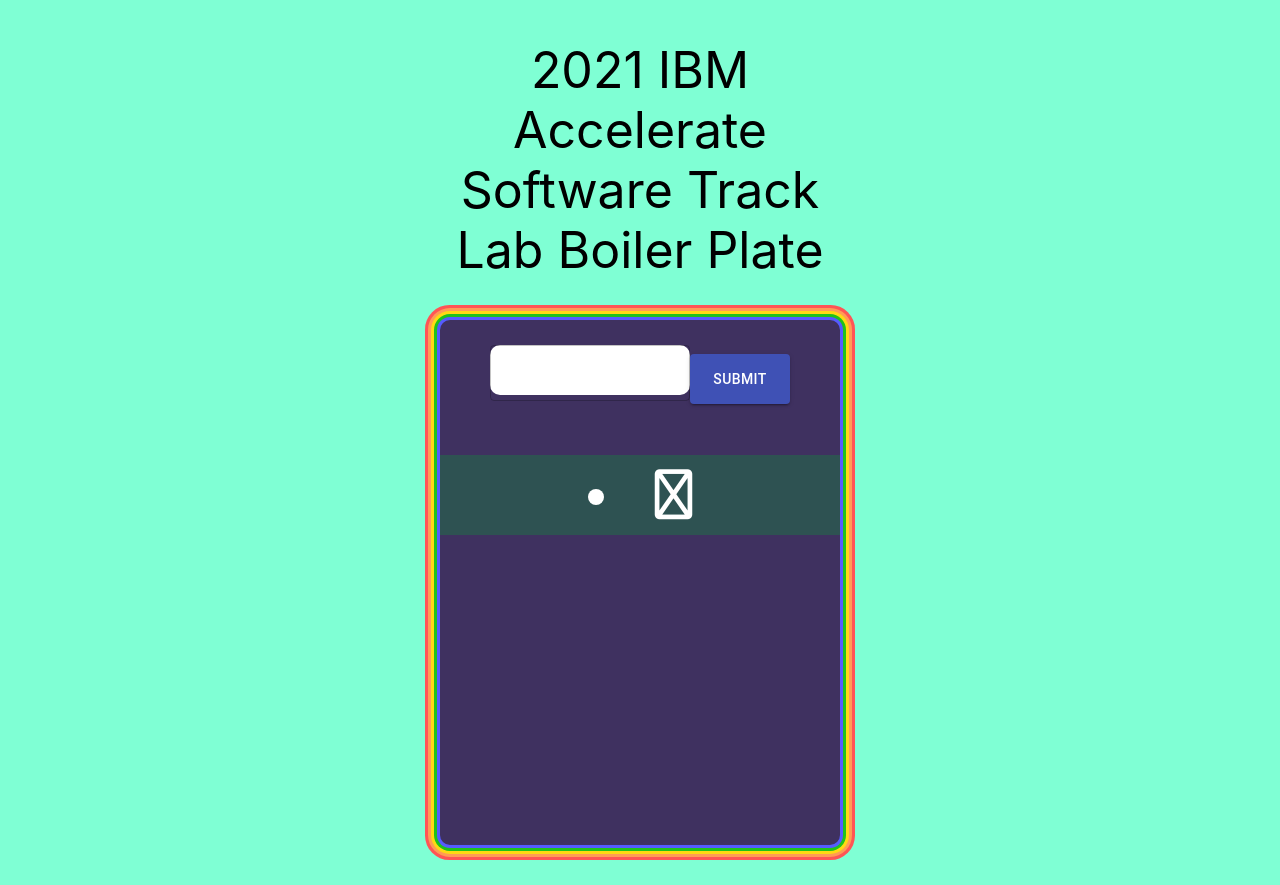
Repository: 2021-IBM-Accelerate-SW-Track/lab-1-team-34
Page: /
These files come from the project's save history. The page is drawn as it stood at one moment and after the next save; the edit follows.
The browser window is 1280 px wide. The pictures show the whole page.
Some web libraries are served in a nearby version. The project was rebuilt for these pictures with package versions that can differ from the ones it lists, and the page was loaded fresh each time.

Above is the page before, as saved 2021-06-13 21:19:21.

After the next save:
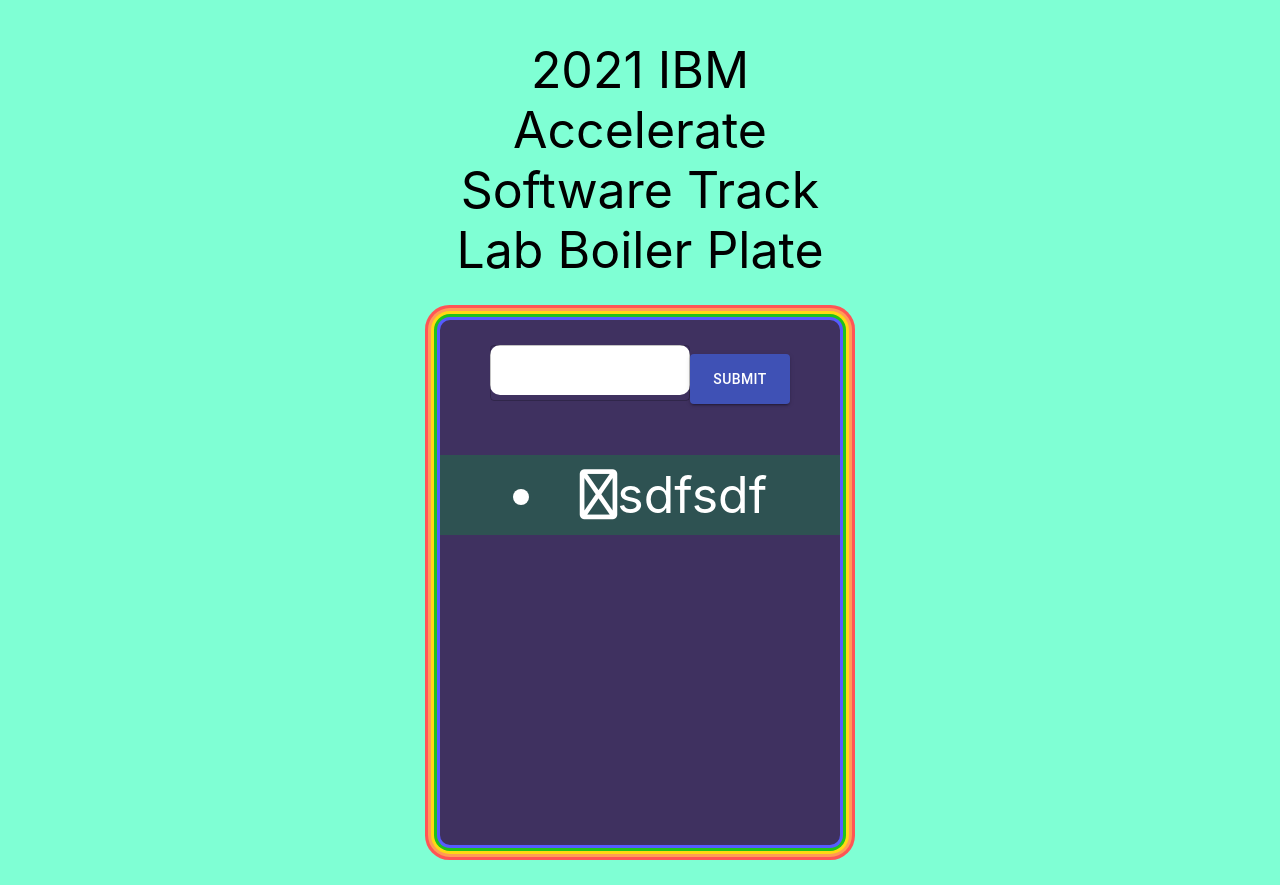
Saved 27 s later.
--- a/src/component/Input/input.js
+++ b/src/component/Input/input.js
@@ -61,6 +61,7 @@
                 <div className="line">
                   <li className="list" key={index}>
                     {item}
+                    {"sdfsdf"}
                   </li>
                 </div>
               );

After the save that followed:
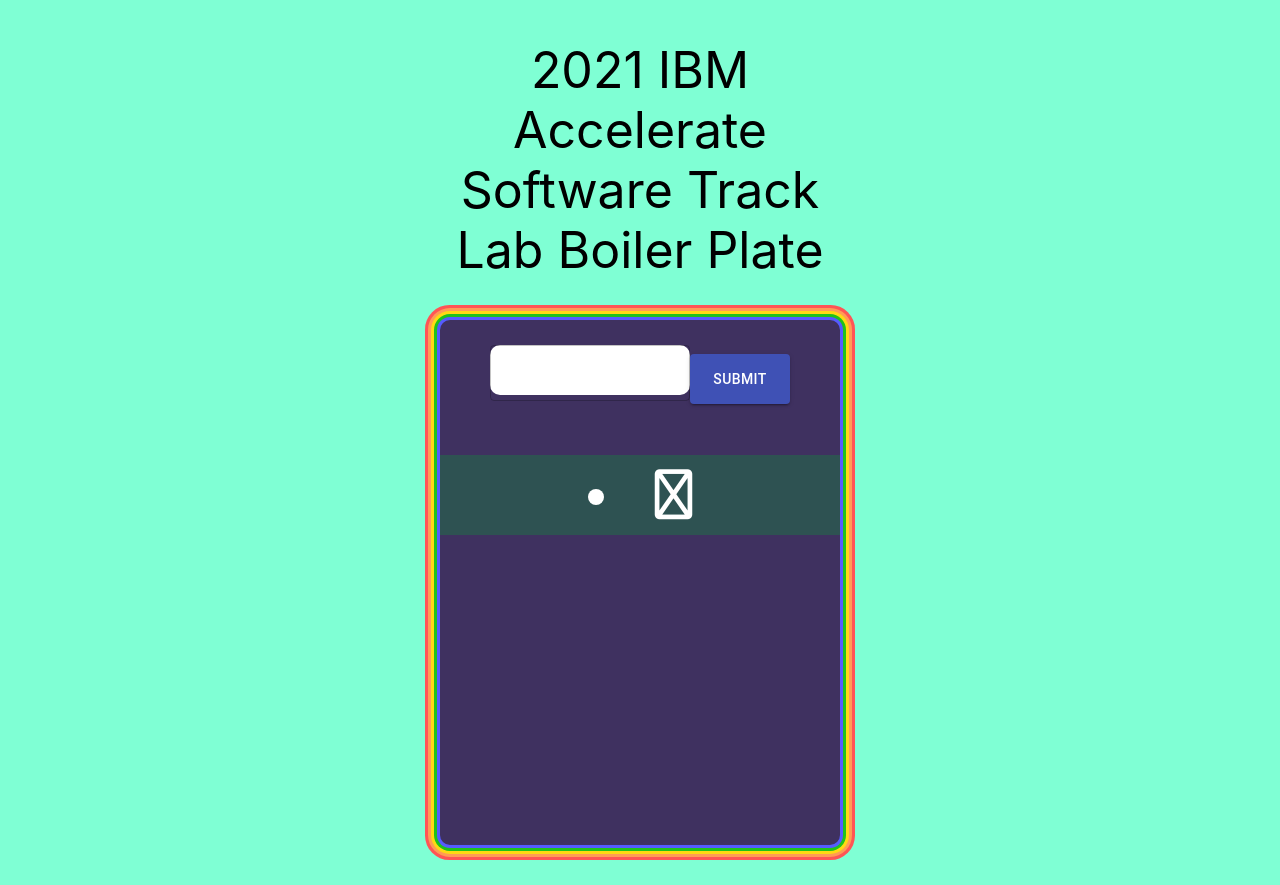
Saved 7 s later.
--- a/src/component/Input/input.js
+++ b/src/component/Input/input.js
@@ -59,10 +59,7 @@
             list.map((item, index) => {
               return (
                 <div className="line">
-                  <li className="list" key={index}>
-                    {item}
-                    {"sdfsdf"}
-                  </li>
+                  <li className="list" key={index}></li>
                 </div>
               );
             })}
